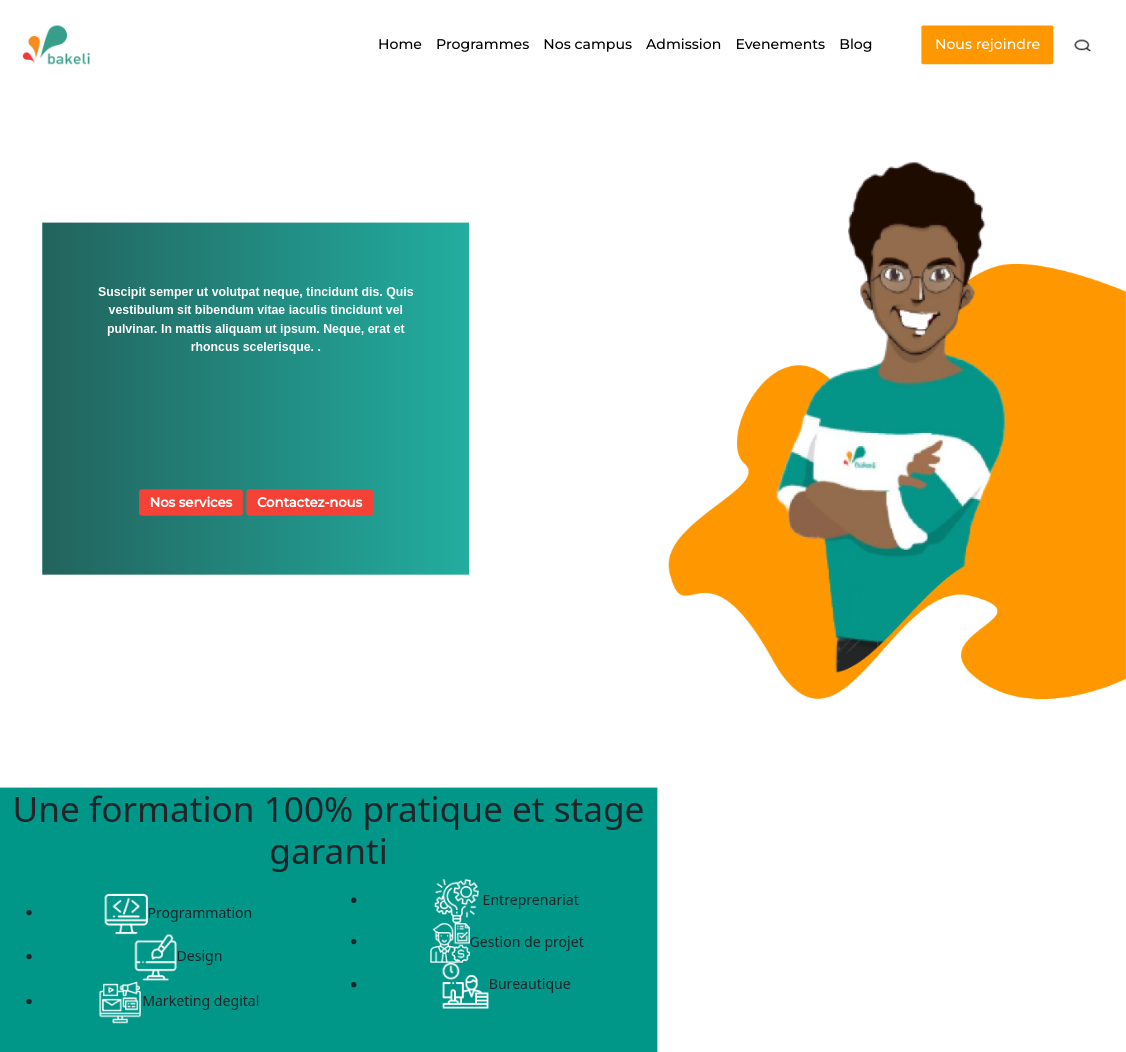
Repository: wadelfadill/tache_6_validation_prototype_bootstrap
Page: index.html
These files come from the project's save history. The page is drawn as it stood at one moment and after the next save; the edit follows.
The browser window is 1280 px wide. The pictures show the whole page, at 88% of full size.
Some web libraries are served in a nearby version.

Above is the page before, as saved 2023-04-24 20:16:49.

### index.html
<!DOCTYPE html>
<html lang="en">
<head>
    <meta charset="UTF-8">
    <meta http-equiv="X-UA-Compatible" content="IE=edge">
    <meta name="viewport" content="width=device-width, initial-scale=1.0">
    <!--------titre du site--------->
    <title>Document</title>

    <!-------link vers le site de bootstrap-->
    <link href="https://cdn.jsdelivr.net/npm/bootstrap@5.1.3/dist/css/bootstrap.min.css" rel="stylesheet" integrity="sha384-1BmE4kWBq78iYhFldvKuhfTAU6auU8tT94WrHftjDbrCEXSU1oBoqyl2QvZ6jIW3" crossorigin="anonymous">

    <!--------link vers le fichier css---------->
    <link rel="stylesheet" href="style.css">

    <!---------Google Fonts links------------>
    <link rel="preconnect" href="https://fonts.googleapis.com">
    <link rel="preconnect" href="https://fonts.gstatic.com" crossorigin>
    <link href="https://fonts.googleapis.com/css2?family=Manrope&family=Montserrat:wght@500&family=Poppins:wght@200&family=Roboto&display=swap" rel="stylesheet">
    <!------------ Google Font Awesome ----------->
    <script src="https://kit.fontawesome.com/8f130c8a35.js" crossorigin="anonymous"></script>
</head>
<body>

    <!-- ========== Start Header Section ========== -->
    <header id="header">
        <nav class="navbar navbar-expand-lg">
            <div class="container-fluid p-3">
              <a class="navbar-brand" href="#"><img src="image/logo.png" alt=""></a>
              <button class="navbar-toggler" type="button" data-bs-toggle="collapse" data-bs-target="#navbarNav" aria-controls="navbarNav" aria-expanded="false" aria-label="Toggle navigation">
                <i class="fa-solid fa-bars" style="color: #000000;"></i>
              </button>
              <div class="collapse navbar-collapse mt-4 mt-lg-0" id="navbarNav">
                <ul class="navbar-nav ms-auto">
                  <li class="nav-item">
                    <a class="nav-link active" aria-current="page" href="#">Home</a>
                  </li>
                  <li class="nav-item">
                    <a class="nav-link" href="#">Programmes</a>
                  </li>
                  <li class="nav-item">
                    <a class="nav-link" href="#">Nos campus</a>
                  </li>
                  <li class="nav-item">
                    <a class="nav-link" href="#">Admission</a>
                  </li>
                  <li class="nav-item">
                    <a class="nav-link" href="#">Evenements</a>
                  </li>
                  <li class="nav-item">
                    <a class="nav-link" href="">Blog</a>
                  </li>
                </ul>
                <button class="btn btn-primary ms-lg-5 mt-3 mt-lg-0">Nous rejoindre</button>
                <a href="#" class="me-lg-4 ms-lg-4 ms-1 d-block d-lg-inline mt-3 mt-lg-0"><img src="image/Groupsearch.png" alt=""></a>
              </div>
            </div>
          </nav>
    </header>
    <!-- ========== End Header Section ========== -->
    <!---------------------------------------------------->
    <!-- ========== Start Main Section ========== -->
    <main id="main">
        <!-- ========== Start Home Section ========== -->
        <section id="home">
            <div class="container-fluid pe-0">
                <div class="row align-items-center d-flex flex-column-reverse flex-md-row gy-4 gy-md-0 me-md-0">
                    <div class="col-12 col-md-5 ps-0 pe-0 ps-md-5">
                        <div class="container space-vert justify-content-between text-center d-flex justify-content-around flex-column w-100 w-md-auto">
                            <p>Suscipit semper ut volutpat neque, tincidunt dis.
                                Quis <br> vestibulum sit bibendum vitae iaculis tincidunt
                                 vel <br> pulvinar. In mattis aliquam ut ipsum.
                                 Neque, erat et <br> rhoncus scelerisque. .
                            </p>
                            <div class="d-grid gap-2 d-md-block d-block">
                                <button class="btn btn-primary" type="button">Nos services</button>
                                <button class="btn btn-primary" type="button">Contactez-nous</button>
                            </div>
                        </div>
                    </div>
                    <div class="col-12 col-md-5 offset-md-2 me-md-0 pe-0">
                        <div class="img">
                            <img src="image/Group 27.png" class="img-fluid w-100 h-100 profile"alt="">
                        </div>
                    </div>
                </div>
            </div>
        </section>
        <!-- ========== End Home Section ========== -->

        <!-- ========== Start Formation Section ========== -->
        <section id="formations">
            <div class="container-fluid">
                <div class="row">
                    <div class="col-md-7 text-center formation">
                        <h1>Une formation 100% pratique et stage garanti</h1>
                        <div class="row">
                            <div class="col-6 p-3">
                                <ul>
                                    <li><span><img src="image/Group1.png" alt=""></span>Programmation</li>
                                    <li><span><img src="image/Group2.png" alt=""></span>Design</li>
                                    <li><span><img src="image/digital-marketing 1.png" alt=""></span>Marketing degital</li>
                                </ul>
                            </div>
                            <div class="col-6">
                                <ul>
                                    <li><span><img src="image/project-management 1.png" alt=""></span> Entreprenariat</li>
                                    <li><span><img src="image/investor 1.png" alt=""></span>Gestion de projet</li>
                                    <li><span><img src="image/work 1.png" alt=""></span>Bureautique</li>
                                </ul>
                            </div>
                        </div>

                    </div>
                    <div class="col-md-5"></div>
                </div>
            </div>
        </section>
        <!-- ========== End Formation Section ========== -->

        <!-- ========== Start Cours Section ========== -->
        <section id="cours">

        </section>
        <!-- ========== End Cours Section ========== -->

        <!-- ========== Start diplomes Section ========== -->
        <section id="diplomes">

        </section>
        <!-- ========== End diplomes Section ========== -->

        <!-- ========== Start coach Section ========== -->
        <section id="coach">

        </section>
        <!-- ========== End coach Section ========== -->

        <!-- ========== Start activites Section ========== -->
        <section id="activites">

        </section>
        <!-- ========== End activites Section ========== -->

        <!-- ========== Start partenaires Section ========== -->
        <section id="partenaires">

        </section>
        <!-- ========== End partenaires Section ========== -->

    </main>
    <!-- ========== End Main Section ========== -->
    <!----------------------------------------------------->
    <!-- ========== Start Footer Section ========== -->
    <footer id="footer">

    </footer>
    <!-- ========== End Footer Section ========== -->
    <!------------------------------------------------------->
    <!----------- bootstrap script ------------->
    <script src="https://cdn.jsdelivr.net/npm/bootstrap@5.1.3/dist/js/bootstrap.bundle.min.js" integrity="sha384-ka7Sk0Gln4gmtz2MlQnikT1wXgYsOg+OMhuP+IlRH9sENBO0LRn5q+8nbTov4+1p" crossorigin="anonymous"></script>
</body>
</html>

### style.css
/* ===== variables css ======= */
:root{
    --bg-white:#FFFFFF;
    --bg-orange:#FF9800;
    --bg-green:#009688;
    --bg-linear-green: linear-gradient(90deg, rgba(13, 66, 61, 0.9) -22.84%, rgba(12, 199, 181, 0.9) 138.88%),linear-gradient(0deg, #E6E6E6, #E6E6E6);
    --bg-second-orange:#F44336;
    --bg-gray:rgba(238, 249, 248, 0.9);

}

/*======== General ============*/
*{
    padding: 0;
    margin: 0;
}
body{
    padding: 0;
    margin: 0;
    background: var(--bg-white);
}

/*============= navbar ================*/
nav{
    font-family: 'Montserrat';
    font-weight: 400;
    color: black;
    background: var(--bg-white);
    padding-left: 10px;
}
nav .navbar-brand img{
    width: 76px;
    height: 43.78px;
}
nav a.nav-link{
    color: black;
    padding-left: 10px;
    padding-right: 10px;
}
nav a.nav-link:hover, nav a.nav-link:focus{
    color: black;
}
nav .btn-primary, nav .btn-primary:hover, nav .btn-primary:focus{
    background: var(--bg-orange);
    color: var(--bg-white);
    border: none;
    box-shadow: none;
}
nav #navbarNav button{
    padding: 10px;
    padding-left: 15px;
    padding-right: 15px;
    border-radius: 2px;
}
nav button i{
    font-size: 40px;
}
nav .navbar-toggler:focus{
    box-shadow: none;
    border: none;
}

/* =========== home section =========== */
#home{
    margin-top: 10px;
    margin-bottom: 100px;
}
.space-vert{
    width: 100%;
    height: 400px;
    background: var(--bg-linear-green);
}
.space-vert p{
    font-family: 'arial';
    font-weight: 700;
    font-size: 14px;
    line-height: 21px;
    color: var(--bg-white);
}
.space-vert .btn-primary, .space-vert .btn-primary:hover, .space-vert .btn-primary:focus{
    font-family: 'Montserrat';
    background: var(--bg-second-orange);
    color: var(--bg-white);
    border: none;
    box-shadow: none;
    font-weight: 700;
    font-size: 15px;
    line-height: 18px;
}
.profile{
    background-image: url("image/Vectors.png");
    background-repeat: no-repeat;
    background-position:right bottom;
    background-size: contain;
    float: end;
}
.img{
    width: 100%;
    height: 682.83px;
}
/*========= formation section ============*/
#formations .formation{
    background: var(--bg-green);

}

After the next save:
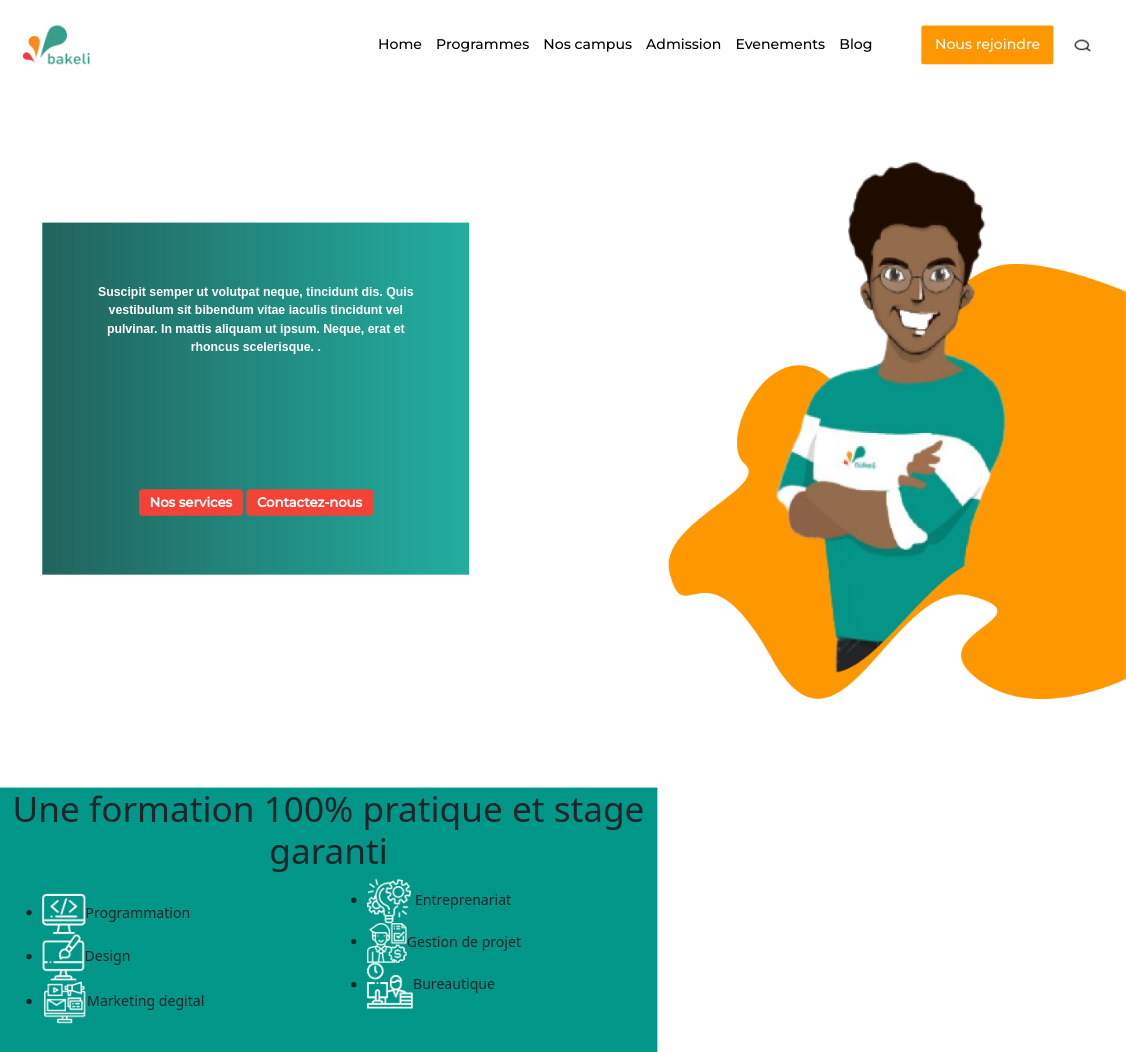
Saved 72 s later.
--- a/index.html
+++ b/index.html
@@ -92,8 +92,8 @@
         <section id="formations">
             <div class="container-fluid">
                 <div class="row">
-                    <div class="col-md-7 text-center formation">
-                        <h1>Une formation 100% pratique et stage garanti</h1>
+                    <div class="col-md-7 formation">
+                        <h1 class="text-center">Une formation 100% pratique et stage garanti</h1>
                         <div class="row">
                             <div class="col-6 p-3">
                                 <ul>
